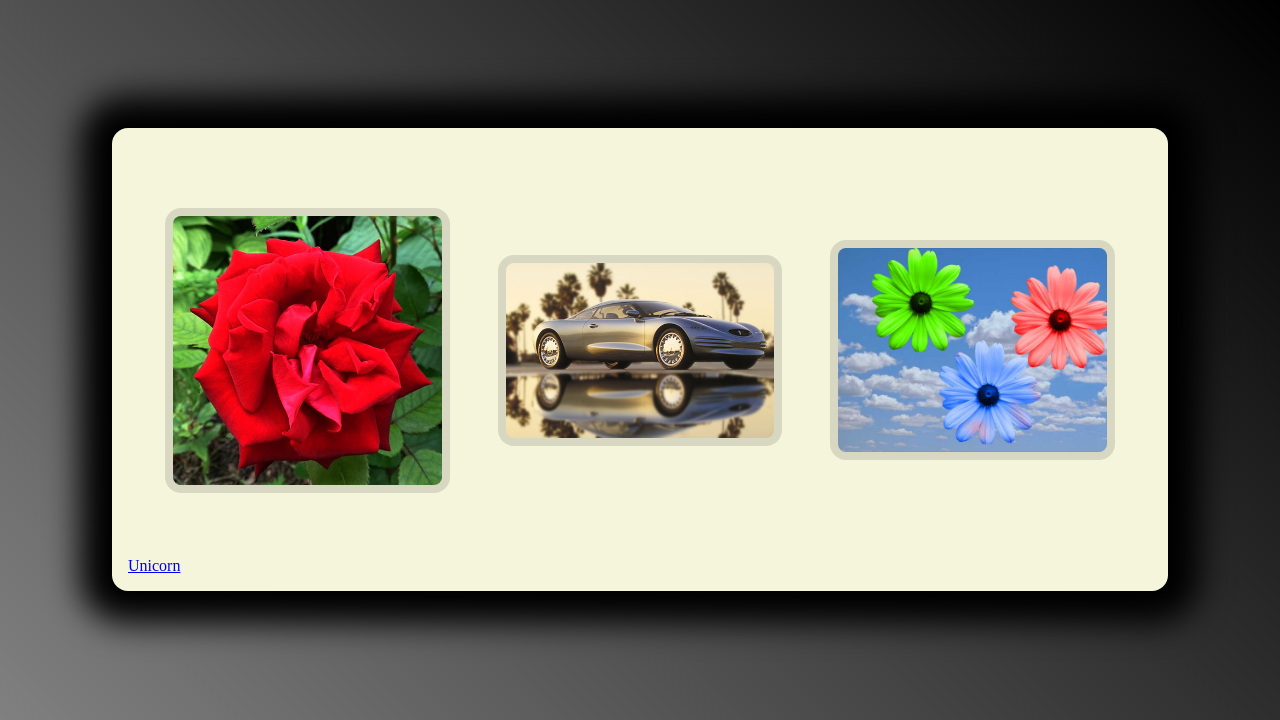
Repository: ViggoSkj/VGY
Page: ovningar/photoshopovning/photoshopovning.html
These files come from the project's save history. The page is drawn as it stood at one moment and after a run of saves; the edit follows.
The browser window is 1280 px wide. The pictures show the whole page.

Above is the page before, as saved 2022-11-27 12:13:33.

### ovningar/photoshopovning/photoshopovning.html
<!DOCTYPE html>
<html lang="en">
    <head>
        <meta charset="UTF-8">
        <meta http-equiv="X-UA-Compatible" content="IE=edge">
        <meta name="viewport" content="width=device-width, initial-scale=1.0">
        <title>Document</title>
        <link rel="stylesheet" href="public/css/style.css">
    </head>
    <body>
        <div class="container">
            <div class="images">
                <img src="public/images/ros_edited.jpg" alt="ros">
                <img src="public/images/bil_edited.jpg" alt="bil">
                <img src="public/images/sky_and_flower.jpg" alt="1 röd, 1, blå och 1 grönn blomma på en himmel">
            </div>

            <div id="myfooter">
                <a href="https://validator.w3.org/unicorn/check?ucn_uri=labb.vgy.se/~viggosg/ovningar/photoshopovningar.html&ucn_task=conformance">Unicorn</a>
             </div>
        </div>
    </body>
</html>

### ovningar/photoshopovning/public/css/style.css
body
{
    background-image: linear-gradient(45deg, gray, black);
    display: flex;
    height: 100%;
    margin: 0;
    background-repeat: no-repeat;
    background-attachment: fixed;
}

.container
{
    background-color: beige;
    margin: auto;
    margin-top: 8em;
    align-items: center;
    width: 80%;
    border-radius: 1em;
    padding: 1em;
    box-shadow: 0em 0em 2em 2em black;
}

img
{

    width: 30%;
    border-radius: 1em;
    padding: 0.5em;
    background-color: rgba(0, 0, 0, 0.116);
}

.images
{
    display: flex;
    justify-content: center;
    gap: 3em;
    align-items: center;
    padding: 2em;
    margin: 2em;
}

After the next 2 saves:
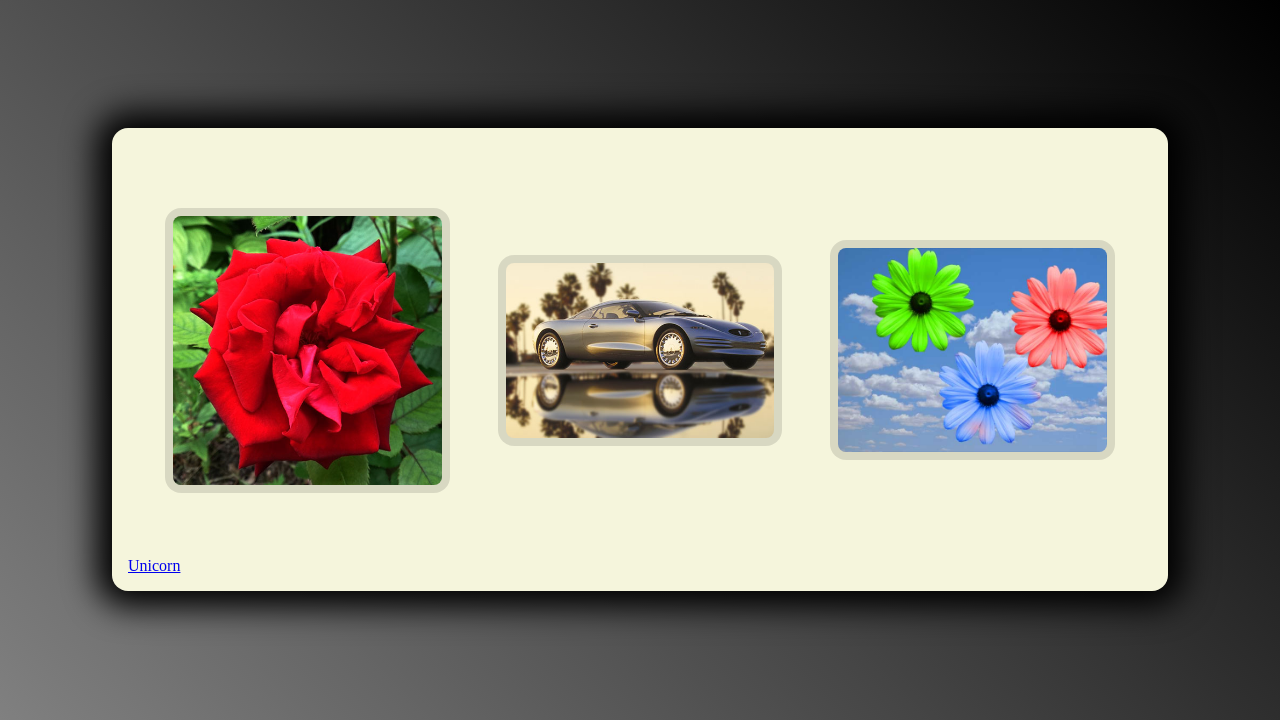
The 2 saves are shown as one change because they came seconds apart.
The last was saved 7 s later.
--- a/ovningar/photoshopovning/public/css/style.css
+++ b/ovningar/photoshopovning/public/css/style.css
@@ -17,7 +17,7 @@ body
     width: 80%;
     border-radius: 1em;
     padding: 1em;
-    box-shadow: 0em 0em 2em 2em black;
+    box-shadow: 0em 0em 2em 1em black;
 }
 
 img
